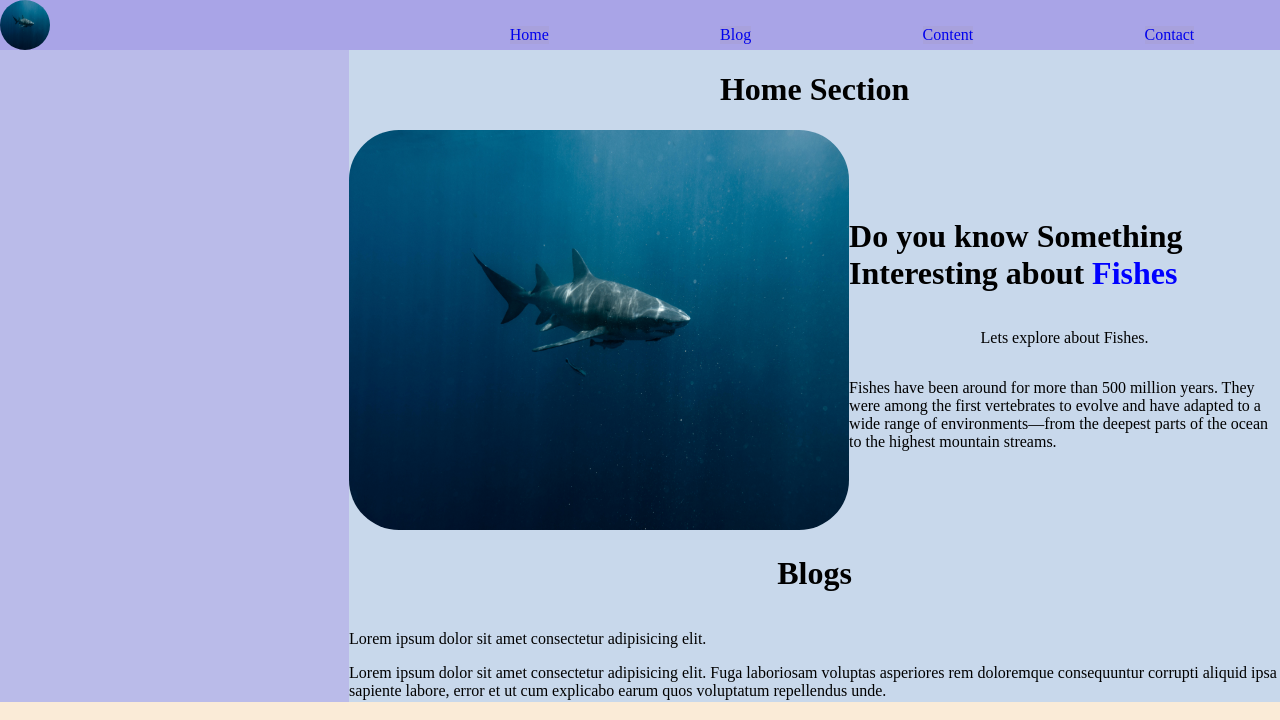
Repository: purnimapatel/fish-world
Page: index.html
These files come from the project's save history. The page is drawn as it stood at one moment and after the next save; the edit follows.
The browser window is 1280 px wide. The pictures show the whole page.
An inner scrolling area shows only its first screen.

Above is the page before, as saved 2024-08-25 15:44:28.

After the next save:
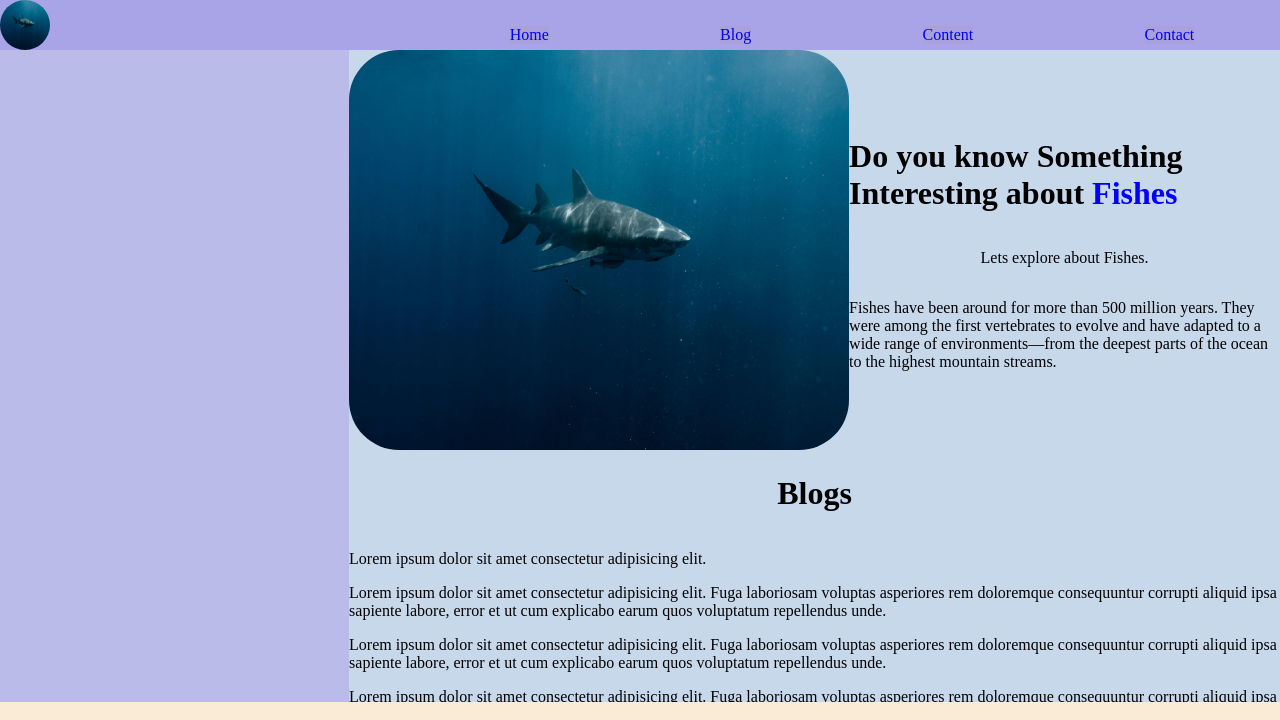
Saved 44 s later.
--- a/index.html
+++ b/index.html
@@ -31,7 +31,6 @@
         <div class = "mainBody">
             <div id="home">
                 <div id = "header">
-                    <h1> Home Section</h1>
                 </div>
                <div id = "home-content">
 
